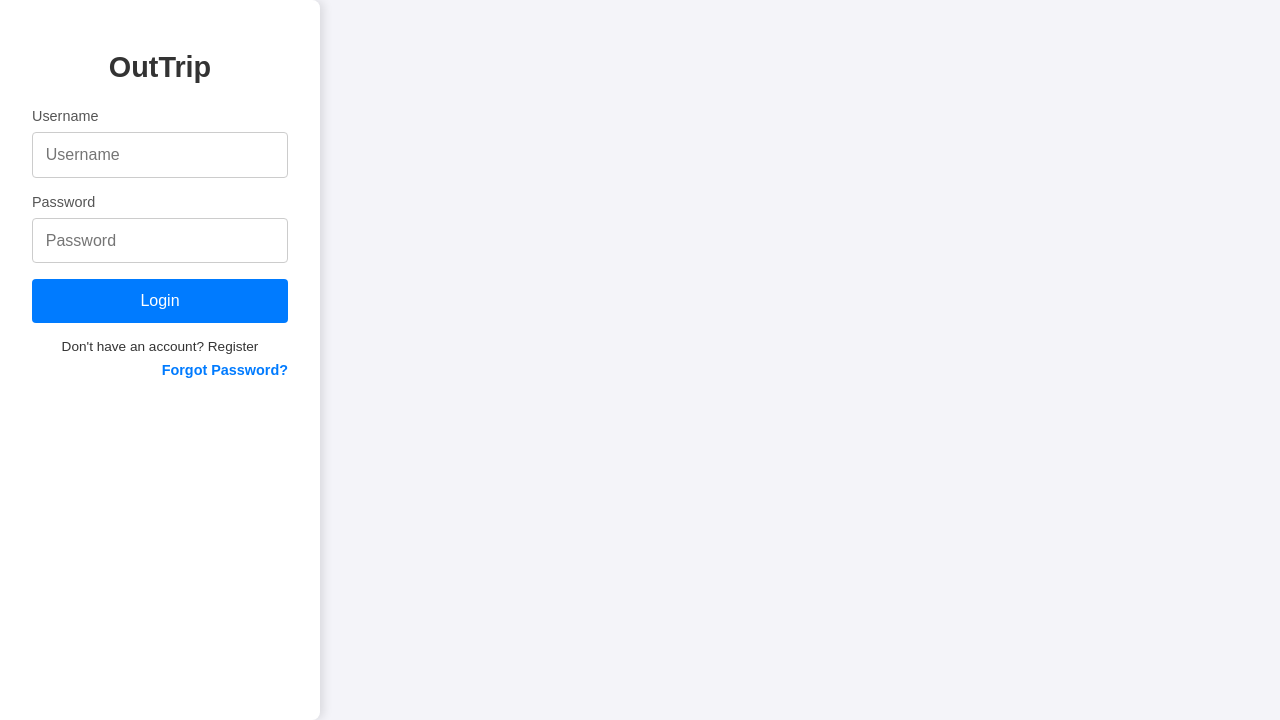
Repository: Nuttawut-Amattong/outtrip
Page: / (app in OutTrip/)
An editor plug-in stored every save of this project. The page is shown before and after the next save, followed by the edit.
The browser window is 1280 px wide. The pictures show the whole page.
The project was rebuilt for these pictures with package versions that can differ from the ones it lists, and the page was loaded fresh each time. Also part of the build but not shown: OutTrip/vite.config.js, OutTrip/src/pages/Register.jsx, OutTrip/src/pages/Forgetpass.jsx.

Above is the page before, as saved 2025-05-19 01:17:44.

After the next save:
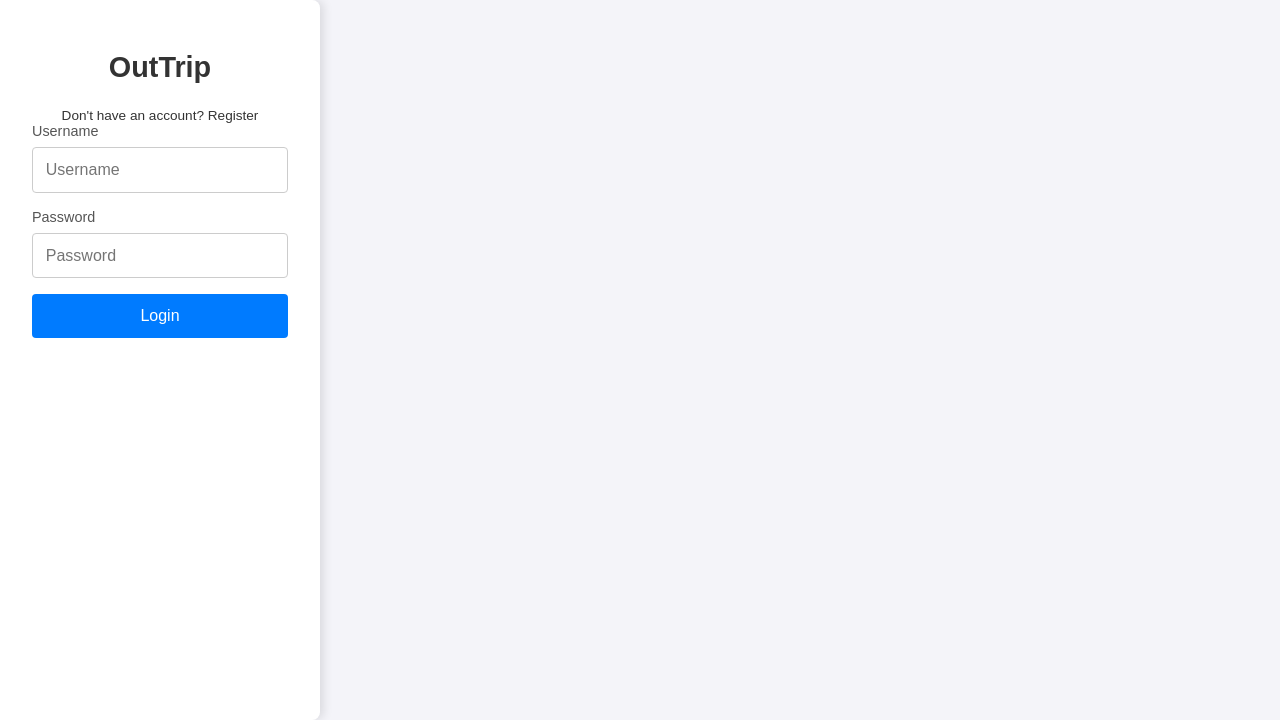
Saved 112 s later.
--- a/OutTrip/src/pages/Login.jsx
+++ b/OutTrip/src/pages/Login.jsx
@@ -2,49 +2,63 @@ import { useState } from "react";
 import '../CSS/login.css';
 
 function Login() {
-    const [user, setUser] = useState("");
-    const [password, setPassword] = useState("");
+  const [user, setUser] = useState("");
+  const [password, setPassword] = useState("");
+  const [showForgot, setShowForgot] = useState(false); // state ควบคุมโชว์ forgot password
 
-    const handleSubmit = (e) => {
-        e.preventDefault();
-        console.log("User:", user);
-        console.log("Password:", password);
-    };
+  const handleSubmit = (e) => {
+    e.preventDefault();
+    console.log("User:", user);
+    console.log("Password:", password);
+  };
 
-    return (
-        <div className="login-container">
-            <h1>OutTrip</h1>
-            <form onSubmit={handleSubmit}>
-                <label htmlFor="user">Username</label>
-                <input
-                    type="text"
-                    id="user"
-                    value={user}
-                    onChange={(e) => setUser(e.target.value)}
-                    placeholder="Username"
-                    required
-                />
-                <label htmlFor="password">Password</label>
-                <input
-                    type="password"
-                    id="password"
-                    value={password}
-                    onChange={(e) => setPassword(e.target.value)}
-                    placeholder="Password"
-                    required
-                />
-                <button type="submit">Login</button>
-                <div className="login-links">
-                    <div className="register-link">
-                        Don't have an account? <a href="/register">Register</a>
-                    </div>
-                    <div className="forgot-password-link">
-                        <a href="/forgot-password">Forgot Password?</a>
-                    </div>
-                </div>
-            </form>
+  return (
+    <div className="login-container">
+      <div className="login-header">
+        <h1>OutTrip</h1>
+      </div>
+
+      {/* ย้ายลิงก์ Register ขึ้นไปด้านบน */}
+      <div className="login-links">
+        <div className="register-link">
+          Don't have an account? <a href="/register">Register</a>
         </div>
-    );
+      </div>
+
+      <form onSubmit={handleSubmit}>
+        <label htmlFor="user">Username</label>
+        <input
+          type="text"
+          id="user"
+          value={user}
+          onChange={(e) => setUser(e.target.value)}
+          placeholder="Username"
+          required
+        />
+
+        <label htmlFor="password">Password</label>
+        <input
+          type="password"
+          id="password"
+          value={password}
+          onChange={(e) => setPassword(e.target.value)}
+          placeholder="Password"
+          required
+          onFocus={() => setShowForgot(true)} // เมื่อโฟกัสช่องรหัสผ่าน ให้แสดง forgot password
+          onBlur={() => setShowForgot(false)} // ถ้าอยากซ่อนเมื่อออกจากช่อง ให้ใช้ onBlur ด้วย
+        />
+
+        <button type="submit">Login</button>
+
+        {/* แสดง forgot password เมื่อ showForgot เป็น true */}
+        {showForgot && (
+          <div className="forgot-password-link">
+            <a href="/forgot-password">Forgot Password?</a>
+          </div>
+        )}
+      </form>
+    </div>
+  );
 }
 
 export default Login;
